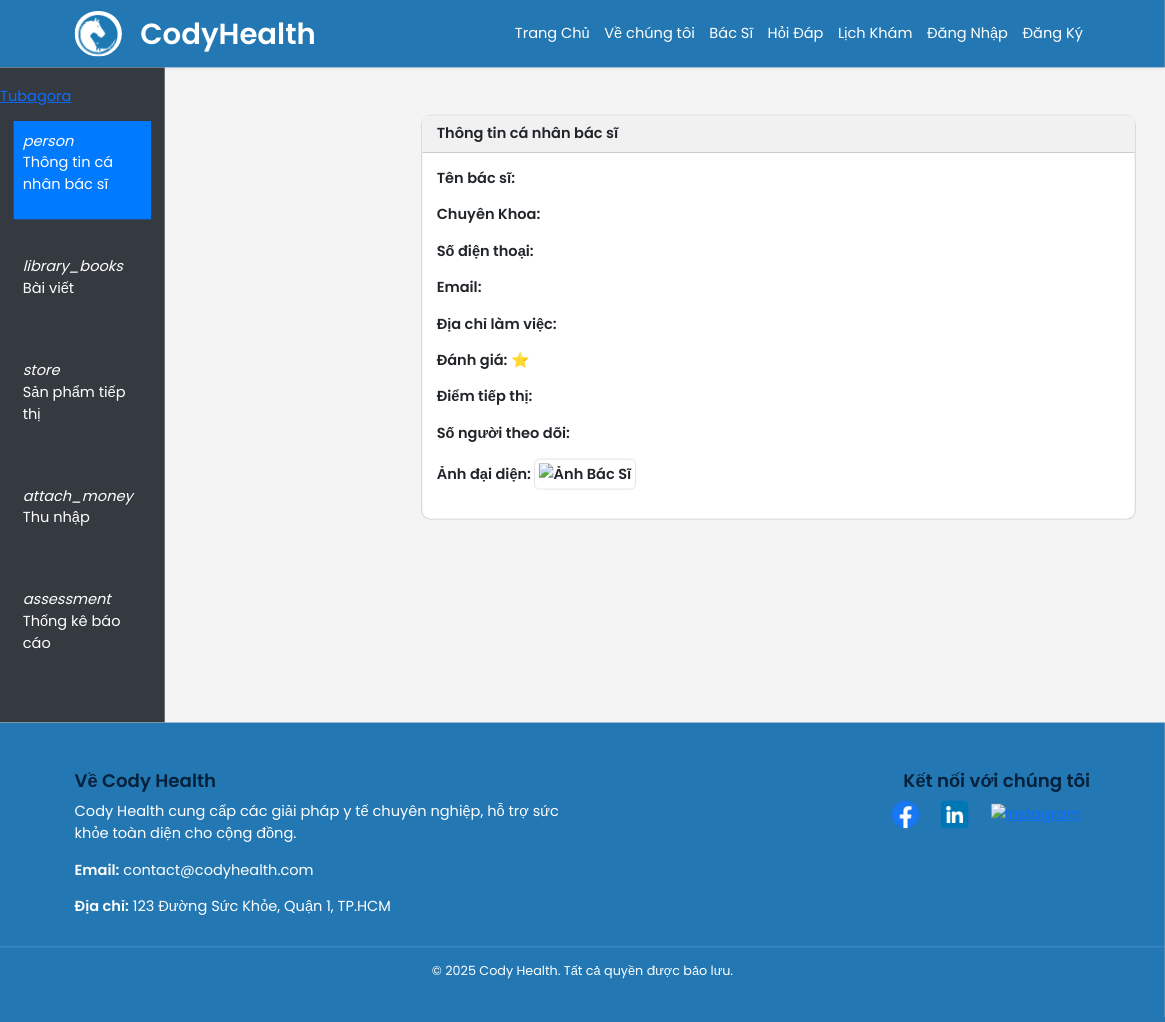
Repository: JonesKhaii/CodySocial
Page: resources/views/doctor/profile.blade.php
These files come from the project's save history. The page is drawn as it stood at one moment and after the next save; the edit follows.
The browser window is 1280 px wide. The pictures show the whole page, at 91% of full size.
The page is served by the project's Laravel application, run on PHP 8.4 with Laravel 12. Other server files are loaded and not shown. The template is opened directly, without the code that normally fills it, so the values that code supplies are empty.

Above is the page before, as saved 2025-02-14 11:08:26.

### routes/web.php
<?php

use Illuminate\Support\Facades\Route;
use App\Http\Controllers\HomeController;
use App\Http\Controllers\PostController;
use App\Http\Controllers\DoctorController;
use App\Http\Controllers\Auth\AuthController;
use App\Http\Controllers\UserController;
use App\Http\Controllers\CommentController;

// AUTH--------------------------------------------------------------------------------
// Trang đăng nhập & xử lý đăng nhập
Route::get('/login', [AuthController::class, 'showLogin'])->name('login');
Route::post('/login/doctor', [AuthController::class, 'loginAsDoctor'])->name('login.doctor');
Route::post('/login', [AuthController::class, 'processLogin']);

// Trang đăng ký & xử lý đăng ký
Route::get('/register', [AuthController::class, 'showRegister'])->name('register');
Route::post('/register', [AuthController::class, 'processRegister']);

// Đăng xuất
Route::post('/logout', [AuthController::class, 'logout'])->name('logout');






// Route::get('/', function () {
//     return view('index');
// });
Route::get('/about', function () {
    return view('pages.about-us');
});
Route::get('/doctors', function () {
    return view('pages.list-doctor');
});
Route::get('/appointment', function () {
    return view('pages.booking-appointment');
});

Route::get('/', [HomeController::class, 'index'])->name('home');
Route::get('/post/{slug}', [PostController::class, 'detail'])->name('post.detail');
Route::get('/doctor/{id}', [DoctorController::class, 'profile'])->name('doctor.profile');

Route::get('/doctor/profile', [DoctorController::class, 'profile'])->name('doctor.profile');
Route::get('/user/profile', [UserController::class, 'profile'])->name('user.profile');
Route::get('/logout', [AuthController::class, 'logout'])->name('user.logout');



// Post detail---------------


Route::post('/post/{slug}/comment', [CommentController::class, 'store'])->name('post-comment.store');

### resources/views/doctor/profile.blade.php
@extends('layouts.master')

@section('title', 'Trang Tổng Quan Bác Sĩ')

@section('main-content')

    <style>
        /* Bố cục chung */
        .wrapper {
            display: flex;
            height: 100vh;
            overflow: hidden;
        }

        /* Sidebar */
        .sidebar {
            width: 250px;
            background-color: #343a40;
            color: #fff;
            padding-top: 20px;
            height: 100%;
            position: relative;
            /* Không còn fix cứng nữa */
        }

        .sidebar .nav {
            padding-left: 0;
            list-style-type: none;
        }

        .sidebar .nav-item {
            padding: 15px;
        }

        .sidebar .nav-link {
            color: #fff;
            display: block;
            text-decoration: none;
            padding: 10px;
        }

        .sidebar .nav-link:hover {
            background-color: #575757;
        }

        .sidebar .nav-item.active .nav-link {
            background-color: #007bff;
        }

        .sidebar .material-icons {
            margin-right: 10px;
        }

        /* Main Content */
        .main-panel {
            margin-left: 250px;
            /* Để phần content không bị chồng lên sidebar */
            padding: 20px;
            overflow-y: auto;
            width: 100%;
            /* Đảm bảo rằng chiều rộng sẽ co lại theo màn hình */
        }

        .tab-content {
            margin-top: 20px;
        }

        .card {
            margin-bottom: 20px;
        }

        .card-header {
            background-color: #f1f1f1;
            font-weight: bold;
        }

        /* Adjusting the look for cards inside the tab */
        .nav-tabs .nav-item {
            margin-bottom: 15px;
        }

        /* Scrollbar */
        .main-panel {
            overflow-y: scroll;
        }
    </style>

    <div class="wrapper">
        <!-- Sidebar -->
        <div class="sidebar">
            <div class="logo">
                <a href="javascript:void(0);" class="simple-text logo-normal">
                    Tubagora
                </a>
            </div>
            <div class="sidebar-wrapper">
                <ul class="nav">
                    <!-- Thông tin cá nhân bác sĩ -->
                    <li class="nav-item active">
                        <a class="nav-link" href="#info-personal" data-toggle="tab">
                            <i class="material-icons">person</i>
                            <p>Thông tin cá nhân bác sĩ</p>
                        </a>
                    </li>
                    <!-- Bài viết -->
                    <li class="nav-item">
                        <a class="nav-link" href="#posts" data-toggle="tab">
                            <i class="material-icons">library_books</i>
                            <p>Bài viết</p>
                        </a>
                    </li>
                    <!-- Sản phẩm tiếp thị -->
                    <li class="nav-item">
                        <a class="nav-link" href="#marketing-products" data-toggle="tab">
                            <i class="material-icons">store</i>
                            <p>Sản phẩm tiếp thị</p>
                        </a>
                    </li>
                    <!-- Thu nhập -->
                    <li class="nav-item">
                        <a class="nav-link" href="#income" data-toggle="tab">
                            <i class="material-icons">attach_money</i>
                            <p>Thu nhập</p>
                        </a>
                    </li>
                    <!-- Thống kê báo cáo -->
                    <li class="nav-item">
                        <a class="nav-link" href="#statistics" data-toggle="tab">
                            <i class="material-icons">assessment</i>
                            <p>Thống kê báo cáo</p>
                        </a>
                    </li>
                </ul>
            </div>
        </div>

        <!-- Main Content -->
        <div class="main-panel">
            <!-- Tab Content -->
            <div class="content">
                <div class="container-fluid">
                    <div class="tab-content">

                        <!-- Thông tin cá nhân bác sĩ -->
                        <div class="tab-pane active" id="info-personal">
                            <div class="card">
                                <div class="card-header">Thông tin cá nhân bác sĩ</div>
                                <div class="card-body">
                                    <p><strong>Tên bác sĩ:</strong> {{ $doctor->name }}</p>
                                    <p><strong>Chuyên Khoa:</strong> {{ $doctor->specialization }}</p>
                                    <p><strong>Số điện thoại:</strong> {{ $doctor->phone }}</p>
                                    <p><strong>Email:</strong> {{ $doctor->email }}</p>
                                    <p><strong>Địa chỉ làm việc:</strong> {{ $doctor->workplace }}</p>
                                    <p><strong>Đánh giá:</strong> {{ $doctor->rating }} ⭐</p>
                                    <p><strong>Điểm tiếp thị:</strong> {{ $doctor->points }}</p>
                                    <p><strong>Số người theo dõi:</strong> {{ $doctor->followers_count }}</p>
                                    <p><strong>Ảnh đại diện: <img src="{{ $doctor->photo }}" alt="Ảnh Bác Sĩ"
                                                class="img-thumbnail"
                                                style="width: 150px;"></strong></p>
                                </div>
                            </div>
                        </div>

                        <!-- Bài viết -->
                        <div class="tab-pane" id="posts">
                            <div class="card">
                                <div class="card-header">Bài viết của bác sĩ</div>
                                <div class="card-body">
                                    @if ($posts->isEmpty())
                                        <p>Chưa có bài viết nào.</p>
                                    @else
                                        <ul>
                                            @foreach ($posts as $post)
                                                <li><strong>{{ $post->title }}</strong></li>
                                            @endforeach
                                        </ul>
                                    @endif
                                    <a href="" class="btn btn-primary">+ Tạo bài viết
                                        mới</a>
                                </div>
                            </div>
                        </div>

                        <!-- Sản phẩm tiếp thị -->
                        <div class="tab-pane" id="marketing-products">
                            <div class="card">
                                <div class="card-header">Sản phẩm tiếp thị</div>
                            </div>
                        </div>

                        <!-- Thu nhập -->
                        <div class="tab-pane" id="income">
                            <div class="card">
                                <div class="card-header">Thu nhập của bác sĩ</div>
                            </div>
                        </div>

                        <!-- Thống kê báo cáo -->
                        <div class="tab-pane" id="statistics">
                            <div class="card">
                                <div class="card-header">Thống kê báo cáo</div>
                            </div>
                        </div>

                    </div>
                </div>
            </div>
        </div>
    </div>

@endsection

### resources/views/layouts/master.blade.php
<!DOCTYPE html>
<html lang="vi">

<head>
    @include('layouts.head')
</head>

<body>
    <!-- Header -->
    @include('layouts.header')

    <!-- Nội dung chính -->
    @yield('main-content')

    <!-- Footer -->
    @include('layouts.footer')

    <!-- Scripts -->
    <script src="{{ asset('js/bootstrap.bundle.min.js') }}"></script>
    <script src="{{ asset('js/main.js') }}"></script>
</body>

</html>

### resources/views/layouts/head.blade.php
<!-- Meta Tag -->
<meta charset="utf-8">
<meta http-equiv="X-UA-Compatible" content="IE=edge">
<meta name="viewport" content="width=device-width, initial-scale=1, shrink-to-fit=no">
<meta name="description" content="">
<meta name="author" content="">
<meta name="csrf-token" content="{{ csrf_token() }}">
<!-- Title Tag  -->
<title>@yield('title')</title>
<!---- Css------------->
<link
    href="https://cdn.jsdelivr.net/npm/bootstrap@5.2.3/dist/css/bootstrap.min.css"
    rel="stylesheet" />
<script src="https://cdn.jsdelivr.net/npm/bootstrap@5.2.3/dist/js/bootstrap.bundle.min.js"></script>
<script src="https://code.jquery.com/jquery-3.6.1.min.js"></script>
<link rel="stylesheet" href="{{ asset('css/style.css') }}">
<link rel="stylesheet" href="{{ asset('css/about-us.css') }}">
<link rel="stylesheet" href="{{ asset('css/doctors.css') }}">
<link rel="stylesheet" href="{{ asset('css/login.css') }}">

### resources/views/layouts/header.blade.php
{{-- <header class="navbar navbar-expand-lg navbar-light bg-primary shadow-sm">
    <div class="container">
        <div class="logo-container d-flex align-items-center">
            <img src="{{ asset('asset/images/logo.png') }}" alt="Logo" class="logo me-2"
                style="height: 50px; border-radius: 50px" />
            <a class="navbar-brand fs-2 text-white" href="{{ url('/') }}">CodyHealth</a>
        </div>

        <!-- Nút Toggle cho Mobile -->
        <button class="navbar-toggler" type="button" data-bs-toggle="collapse" data-bs-target="#navbarNav">
            <span class="navbar-toggler-icon"></span>
        </button>

        <!-- Menu chính -->
        <div class="navbar-collapse collapse" id="navbarNav">
            <ul class="navbar-nav ms-auto">
                <li class="nav-item"><a class="nav-link text-white" href="{{ url('/') }}">Trang Chủ</a></li>
                <li class="nav-item"><a class="nav-link text-white" href="{{ url('/about') }}">Về chúng tôi</a></li>
                <li class="nav-item"><a class="nav-link text-white" href="{{ url('/doctors') }}">Bác Sĩ</a></li>
                <li class="nav-item"><a class="nav-link text-white" href="#">Hỏi Đáp</a></li>
                <li class="nav-item"><a class="nav-link text-white" href="{{ url('/appointment') }}">Lịch Khám</a></li>
                <li class="nav-item"><a class="nav-link text-white" href="{{ url('/account') }}">Hồ Sơ</a></li>
            </ul>
        </div>
    </div>
</header> --}}

<header class="navbar navbar-expand-lg navbar-light bg-primary shadow-sm">
    <div class="container">
        <div class="logo-container d-flex align-items-center">
            <img src="{{ asset('asset/images/logo.png') }}" alt="Logo" class="logo me-2"
                style="height: 50px; border-radius: 50px" />
            <a class="navbar-brand fs-2 text-white" href="{{ url('/') }}">CodyHealth</a>
        </div>

        <!-- Nút Toggle cho Mobile -->
        <button class="navbar-toggler" type="button" data-bs-toggle="collapse" data-bs-target="#navbarNav">
            <span class="navbar-toggler-icon"></span>
        </button>

        <!-- Menu chính -->
        <div class="navbar-collapse collapse" id="navbarNav">
            <ul class="navbar-nav ms-auto">
                <li class="nav-item"><a class="nav-link text-white" href="{{ url('/') }}">Trang Chủ</a></li>
                <li class="nav-item"><a class="nav-link text-white" href="{{ url('/about') }}">Về chúng tôi</a></li>
                <li class="nav-item"><a class="nav-link text-white" href="{{ url('/doctors') }}">Bác Sĩ</a></li>
                <li class="nav-item"><a class="nav-link text-white" href="#">Hỏi Đáp</a></li>
                <li class="nav-item"><a class="nav-link text-white" href="{{ url('/appointment') }}">Lịch Khám</a></li>
                {{-- <li class="nav-item"><a class="nav-link text-white" href="{{ url('/blog') }}">Bài Viết</a></li> --}}

                {{-- Kiểm tra vai trò và thay đổi đường dẫn cho trang profile --}}

                @auth
                    @if (session('role') == 'admin')
                        <li class="nav-item"><a class="nav-link text-white" href="{{ route('admin.dashboard') }}">Trang Tổng
                                Quan Admin</a></li>
                    @elseif (session('role') == 'doctor')
                        <li class="nav-item"><a class="nav-link text-white" href="{{ route('doctor.profile') }}">Trang Tổng
                                Quan Bác Sĩ</a></li>
                    @else
                        <li class="nav-item"><a class="nav-link text-white" href="{{ route('user.profile') }}">Hồ Sơ Người
                                Dùng</a></li>
                    @endif

                    {{-- Đăng xuất --}}
                    <li class="nav-item"><a class="nav-link text-white" href="">Đăng Xuất</a></li>
                @else
                    <li class="nav-item"><a class="nav-link text-white" href="">Đăng Nhập</a></li>
                    <li class="nav-item"><a class="nav-link text-white" href="">Đăng Ký</a>
                    </li>
                @endauth
                {{-- Đăng xuất --}}
                {{-- @auth
                    <li class="nav-item"><a class="nav-link text-white" href="">Đăng Xuất</a>
                    </li>
                @endauth --}}
            </ul>
        </div>
    </div>
</header>

### resources/views/layouts/footer.blade.php
<footer class="footer text-white">
    <div class="container">
        <div class="row">
            <!-- Giới thiệu -->
            <div class="col-md-6">
                <h4>Về Cody Health</h4>
                <p>Cody Health cung cấp các giải pháp y tế chuyên nghiệp, hỗ trợ sức khỏe toàn diện cho cộng đồng.</p>
                <p><b>Email:</b> contact@codyhealth.com</p>
                <p><b>Địa chỉ:</b> 123 Đường Sức Khỏe, Quận 1, TP.HCM</p>
            </div>

            <!-- Mạng xã hội -->
            <div class="col-md-6 text-md-end">
                <h4>Kết nối với chúng tôi</h4>
                <div class="social-icons">
                    <a href="#"><img src="{{ asset('asset/images/icon/facebook.png') }}" alt="Facebook" /></a>
                    <a href="#"><img src="{{ asset('asset/images/icon/linkedin.png') }}" alt="Linkedin" /></a>
                    <a href="#"><img src="{{ asset('asset/images/icon/instagram.png') }}" alt="Instagram" /></a>
                </div>
            </div>
        </div>
    </div>

    <div class="copyright mt-3 text-center">
        <p>© 2025 Cody Health. Tất cả quyền được bảo lưu.</p>
    </div>

    <script src="{{ asset('js/jquery.min.js') }}"></script>
    <script src="{{ asset('js/main.js') }}"></script>
</footer>

### public/css/about-us.css
body {
    background-color: #f4f4f4;
}
.hero-section {
    margin-top: 20px;
    background: url("asset/images/banners/banner2.webp") center/cover no-repeat;
    padding: 100px 0;
    text-align: center;
    color: white;
}
.hero-section h1 {
    font-size: 48px;
    font-weight: bold;
}
.about-content {
    background: white;
    padding: 40px;
    border-radius: 8px;
    box-shadow: 0px 4px 10px rgba(0, 0, 0, 0.1);
}
.icon-box {
    text-align: center;
    padding: 20px;
    background: white;
    border-radius: 10px;
    box-shadow: 0px 2px 5px rgba(0, 0, 0, 0.1);
    transition: transform 0.3s ease-in-out;
}
.icon-box i {
    font-size: 40px;
    color: #007bff;
}
.icon-box:hover {
    transform: scale(1.05);
}
.team-member {
    text-align: center;
}
.team-member img {
    width: 120px;
    height: 120px;
    border-radius: 50%;
    margin-bottom: 10px;
}

### public/css/login.css
@import url("https://fonts.googleapis.com/css2?family=Poppins:wght@300;400;500;600&display=swap");

* {
    margin: 0;
    padding: 0;
    box-sizing: border-box;
    font-family: "Poppins", sans-serif;
}

/* body {
    background-color: #f8f9fa;
    display: flex;
    align-items: center;
    margin: auto;
    justify-content: center;
    min-height: 100vh;
} */

.container-login {
    margin: auto;
    background: white;
    width: 380px;
    padding: 30px;
    margin: auto;
    margin-top: auto;
    margin-bottom: auto;
    border-radius: 8px;
    box-shadow: 0px 2px 10px rgba(0, 0, 0, 0.1);
}

.container-login h2 {
    font-weight: 500;
    text-align: center;
    margin-bottom: 20px;
    font-size: 22px;
    color: #333;
}

.input-group {
    margin-bottom: 15px;
}

.input-group label {
    font-size: 14px;
    font-weight: 500;
    color: #555;
}

.input-group input {
    width: 100%;
    padding: 10px;
    border-radius: 6px;
    border: 1px solid #ccc;
    font-size: 14px;
    transition: 0.3s ease-in-out;
}

.input-group input:focus {
    border-color: #007bff;
    box-shadow: 0 0 5px rgba(0, 123, 255, 0.3);
}

.btn-login {
    margin-top: 10px;
    padding: 10px;
    width: 100%;
    background-color: #007bff;
    border: none;
    color: white;
    font-size: 15px;
    font-weight: 500;
    border-radius: 6px;
    cursor: pointer;
    transition: 0.3s;
}

.btn-login:hover {
    background-color: #0056b3;
}

.remember-forgot {
    display: flex;
    justify-content: space-between;
    font-size: 13px;
    margin-top: 10px;
}

.remember-forgot a {
    color: #007bff;
    text-decoration: none;
    font-weight: 500;
}

.remember-forgot a:hover {
    text-decoration: underline;
}

.footer-text {
    text-align: center;
    font-size: 13px;
    margin-top: 15px;
}

.footer-text a {
    font-weight: 500;
    color: #007bff;
    text-decoration: none;
}

.footer-text a:hover {
    text-decoration: underline;
}

.form-check-input {
    width: 20px;
    height: 20px;
    border: 2px solid #007bff;
    border-radius: 50%;
    transition: all 0.3s ease;
}

/* Thêm màu nền khi người dùng chọn */
.form-check-input:checked {
    background-color: #007bff;
    border-color: #007bff;
}

/* Thay đổi màu viền và làm nổi bật checkbox khi hover */
.form-check-input:hover {
    border-color: #0056b3;
    cursor: pointer;
}

/* Định dạng label của checkbox và radio buttons */
.form-check-label {
    font-size: 16px;
    color: #333;
    margin-left: 10px;
}

/* Thêm hiệu ứng cho radio buttons */
.form-check-input:checked[type="radio"] {
    background-color: #007bff !important;
    border-color: #007bff !important;
}

Loaded but not shown: public/js/main.js (160 lines, source omitted); public/css/style.css (410 lines, source omitted)

After the next save:
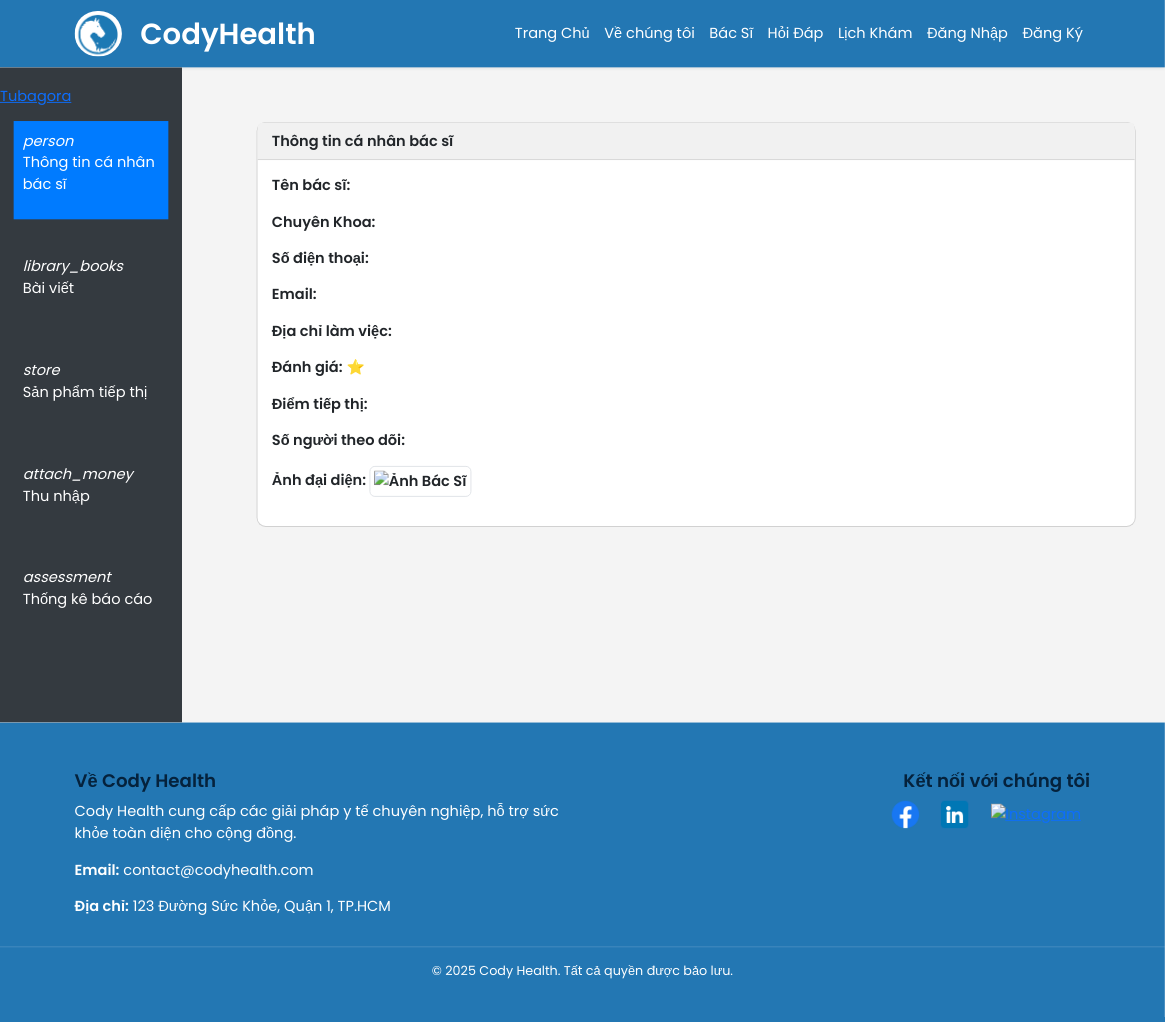
Saved 35 s later.
--- a/resources/views/doctor/profile.blade.php
+++ b/resources/views/doctor/profile.blade.php
@@ -53,7 +53,7 @@
 
         /* Main Content */
         .main-panel {
-            margin-left: 250px;
+            margin-left: 50px;
             /* Để phần content không bị chồng lên sidebar */
             padding: 20px;
             overflow-y: auto;
